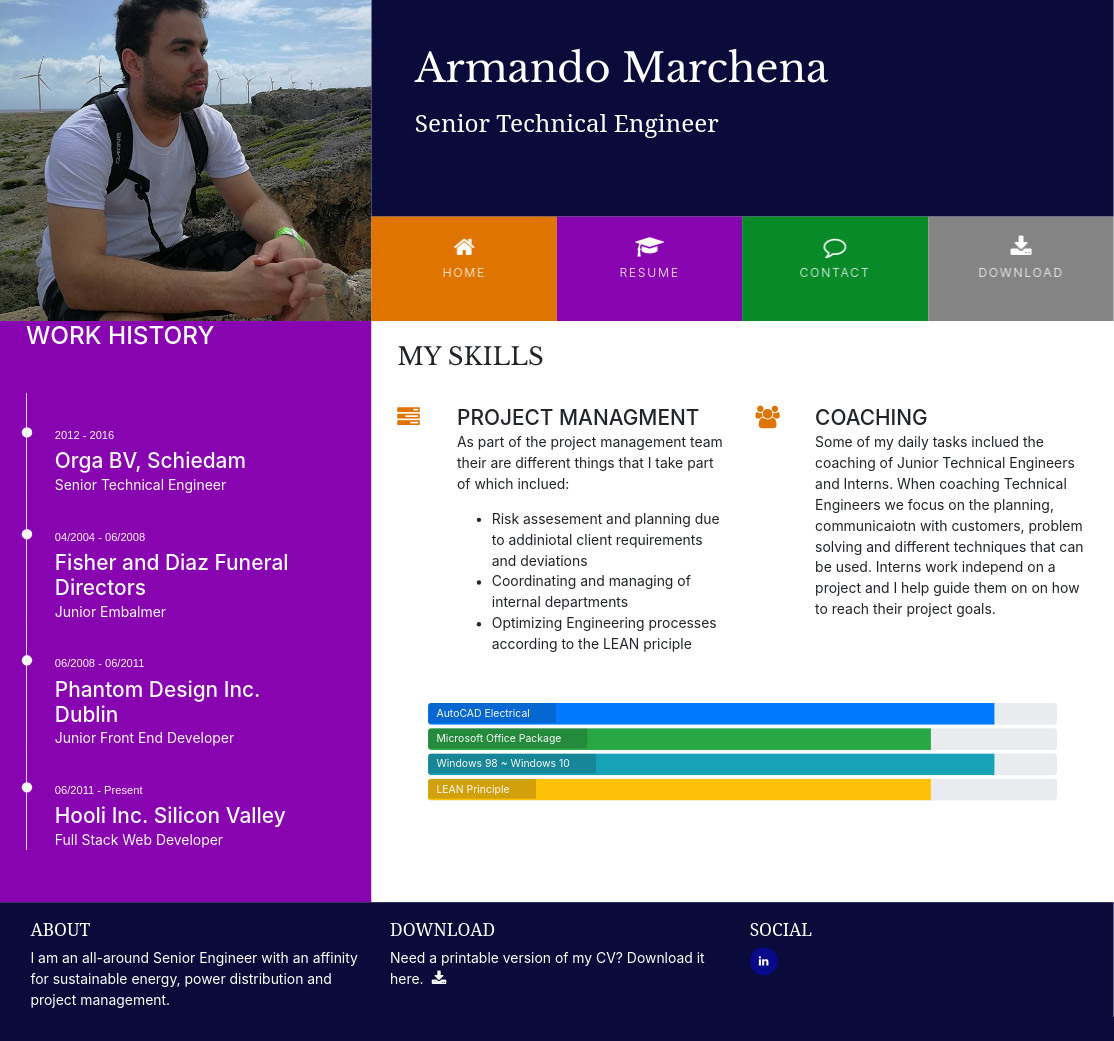
Repository: dugudugu/Resume-A-Marchena
Page: resume.html
The author's editor kept a record of every edit. The page is drawn from the files as they stood at one moment, then again after the next edit.
The browser window is 1280 px wide. The pictures show the whole page, at 87% of full size.

Above is the page before.

After the next edit:
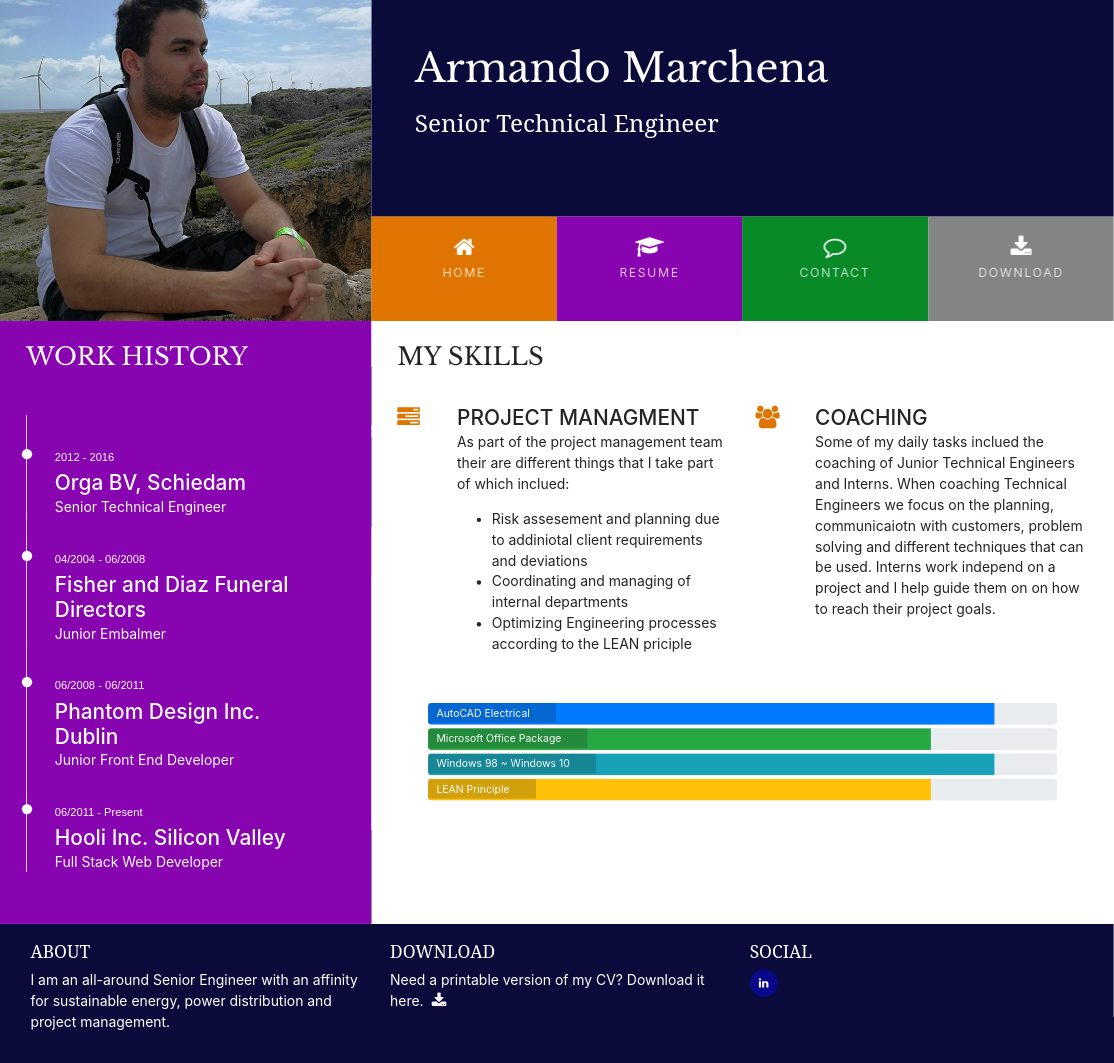
The edit:
--- a/assets/css/style.css
+++ b/assets/css/style.css
@@ -68,7 +68,7 @@
     float: none;
 }
 
-.history-heading {}
+.history-heading,
 
 
 
